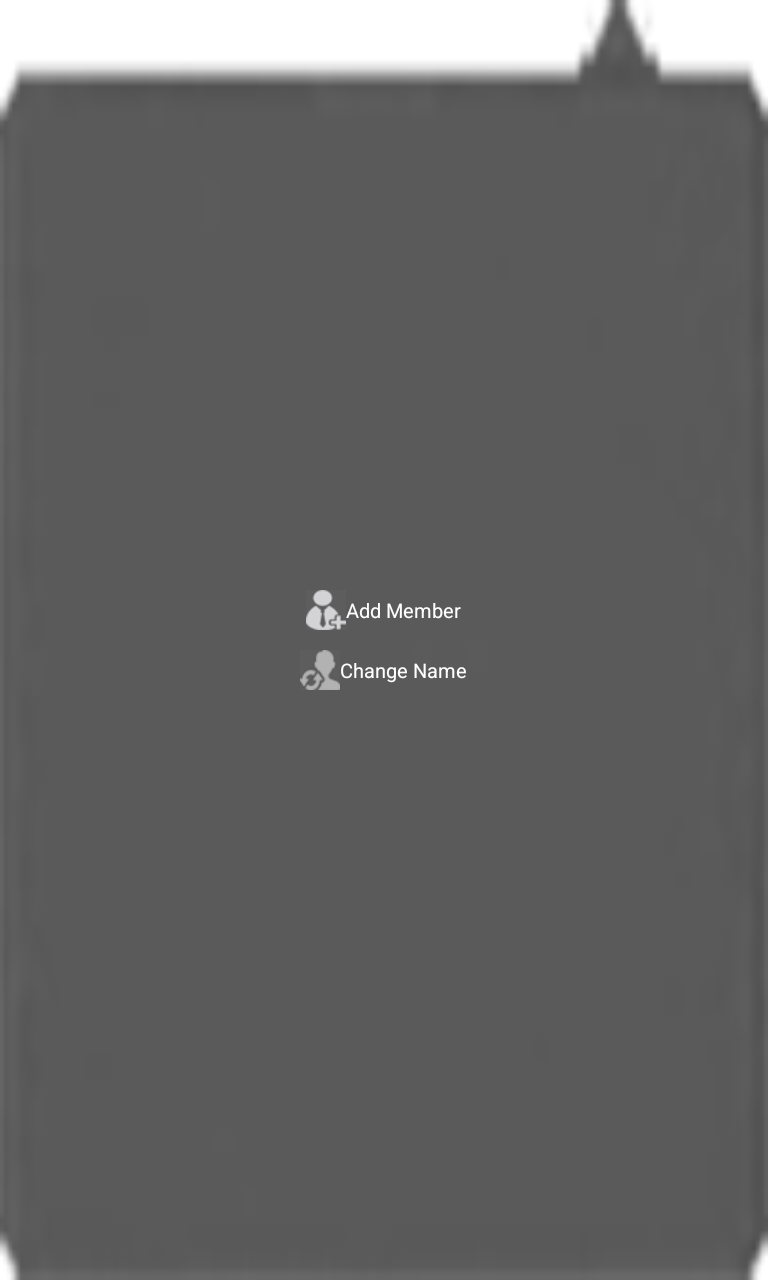
Repository: GitDidNotExitCleanly/FaceLabel
Layout: FaceLabel/res/layout/activity_group_setting_dropdown.xml
The author's editor kept a copy of each file at every save. The layout is drawn from the files as they stood at one save, then again after the next save.
It is drawn on a 768 x 1280 px phone screen (xhdpi) without system bars, with theme AppTheme; the app's code is not run.

Above is the layout before, as saved 2015-05-12 15:06:21.

### FaceLabel/res/layout/activity_group_setting_dropdown.xml
<?xml version="1.0" encoding="utf-8"?>
<LinearLayout xmlns:android="http://schemas.android.com/apk/res/android"
    android:id="@+id/dropdown_layout"
    android:layout_width="wrap_content"
    android:layout_height="wrap_content"
    android:gravity="center"
    android:orientation="vertical"
    android:background ="@drawable/dropdown_menu" >

    <LinearLayout
        android:id="@+id/activity_group_setting_addMissingMember"
        android:layout_width="match_parent"
        android:layout_height="wrap_content"
        android:layout_marginBottom="5dp"
        android:layout_marginLeft="2dp"
        android:layout_marginRight="2dp"
        android:layout_marginTop="5dp"
        android:gravity="center" >

        <ImageView
            android:layout_width="20dp"
            android:layout_height="20dp"
            android:src="@drawable/activity_group_add_member" />

        <TextView
            android:layout_width="wrap_content"
            android:layout_height="wrap_content"
            android:text="Add Member"
            android:textColor="#fff"
            android:textSize="10sp" />
    </LinearLayout>

    <LinearLayout
        android:id="@+id/activity_group_setting_changeName"
        android:layout_width="match_parent"
        android:layout_height="wrap_content"
        android:layout_marginBottom="5dp"
        android:layout_marginLeft="2dp"
        android:layout_marginRight="2dp"
        android:layout_marginTop="5dp"
        android:gravity="center" >

        <ImageView
            android:layout_width="20dp"
            android:layout_height="20dp"
            android:src="@drawable/activity_group_change_name" />

        <TextView
            android:layout_width="wrap_content"
            android:layout_height="wrap_content"
            android:text="Change Name"
            android:textColor="#fff"
            android:textSize="10sp" />

    </LinearLayout>

</LinearLayout>

### FaceLabel/res/values/styles.xml
<resources>

    <!--
        Base application theme, dependent on API level. This theme is replaced
        by AppBaseTheme from res/values-vXX/styles.xml on newer devices.
    -->
    <style name="AppBaseTheme" parent="android:Theme.Light">
        <!--
            Theme customizations available in newer API levels can go in
            res/values-vXX/styles.xml, while customizations related to
            backward-compatibility can go here.
        -->
    </style>

    <!-- Application theme. -->
    <style name="AppTheme" parent="AppBaseTheme">
        <!-- All customizations that are NOT specific to a particular API-level can go here. -->
    </style>

    <style name="PopupMenuAnimation" parent="android:Animation">
        <item name="android:windowEnterAnimation">@anim/slide_up_dialog</item>
        <item name="android:windowExitAnimation">@anim/slide_out_down</item>
	</style>

</resources>

Loaded but not shown: FaceLabel/res/values-v11/styles.xml (common file); FaceLabel/res/values-v14/styles.xml (common file)

After the next save:
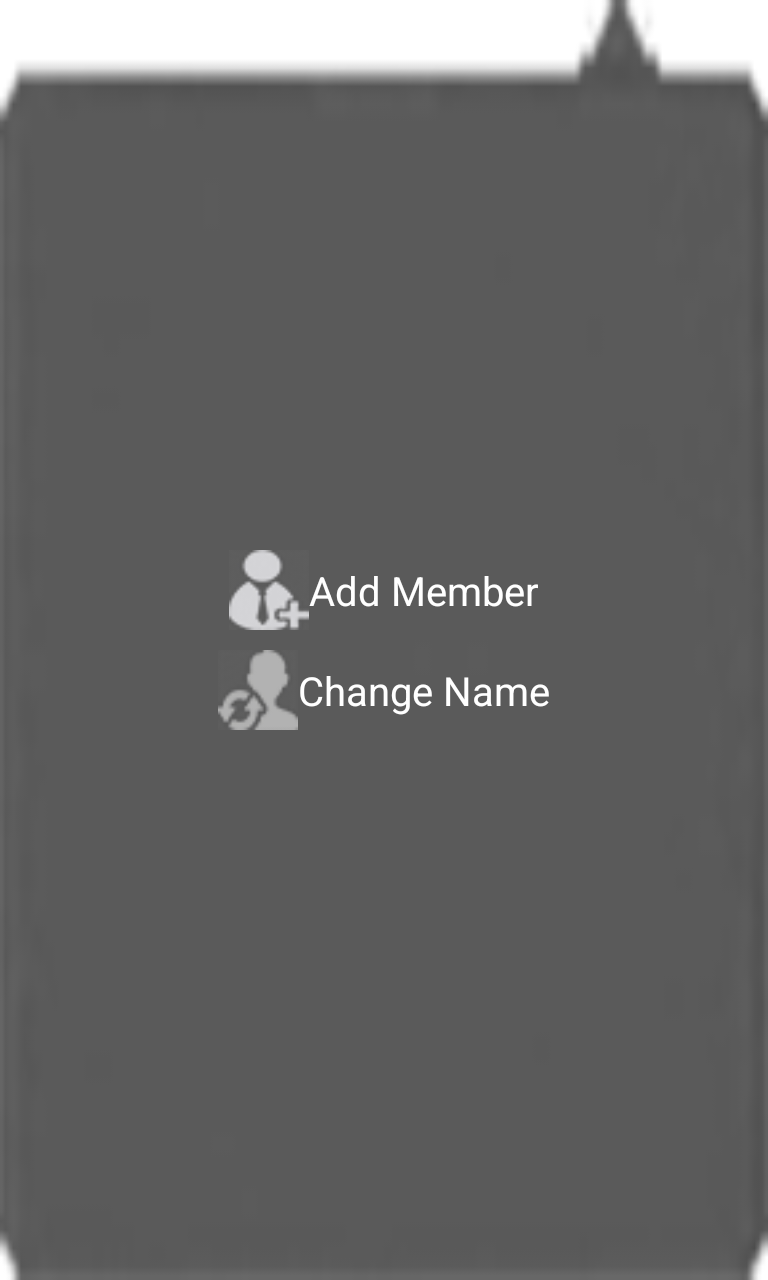
Saved 7 min 30 s later.
--- a/FaceLabel/res/layout/activity_group_setting_dropdown.xml
+++ b/FaceLabel/res/layout/activity_group_setting_dropdown.xml
@@ -18,8 +18,8 @@
         android:gravity="center" >
 
         <ImageView
-            android:layout_width="20dp"
-            android:layout_height="20dp"
+            android:layout_width="40dp"
+            android:layout_height="40dp"
             android:src="@drawable/activity_group_add_member" />
 
         <TextView
@@ -27,7 +27,7 @@
             android:layout_height="wrap_content"
             android:text="Add Member"
             android:textColor="#fff"
-            android:textSize="10sp" />
+            android:textSize="20sp" />
     </LinearLayout>
 
     <LinearLayout
@@ -41,8 +41,8 @@
         android:gravity="center" >
 
         <ImageView
-            android:layout_width="20dp"
-            android:layout_height="20dp"
+            android:layout_width="40dp"
+            android:layout_height="40dp"
             android:src="@drawable/activity_group_change_name" />
 
         <TextView
@@ -50,7 +50,7 @@
             android:layout_height="wrap_content"
             android:text="Change Name"
             android:textColor="#fff"
-            android:textSize="10sp" />
+            android:textSize="20sp" />
 
     </LinearLayout>
 
